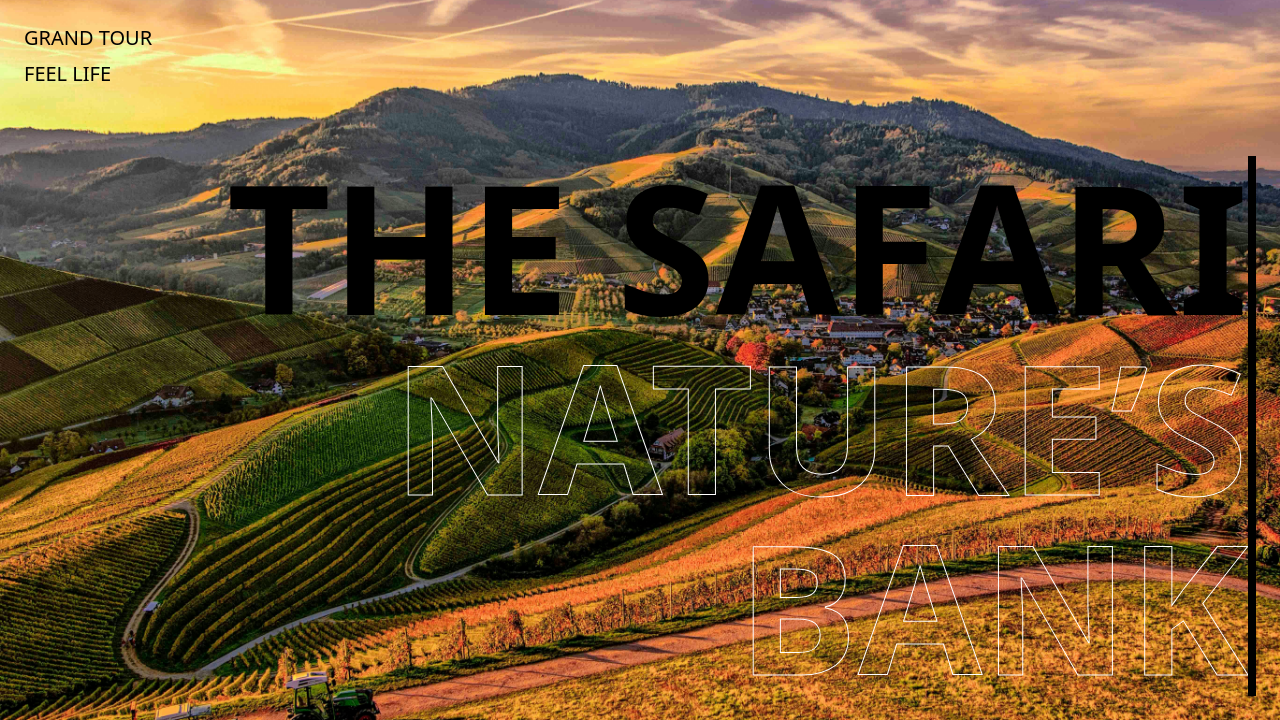
Repository: mikol-ux/Safari
Page: /
An editor plug-in stored every save of this project. The page is shown before and after the next save, followed by the edit.
The browser window is 1280 px wide. The pictures show the whole page.
The project was rebuilt for these pictures with package versions that can differ from the ones it lists, and the page was loaded fresh each time. The framework's server and built-in components were replaced by stand-ins that run in the browser. Also part of the build but not shown: next.config.ts.

Above is the page before, as saved 2025-05-29 02:44:50.

After the next save:
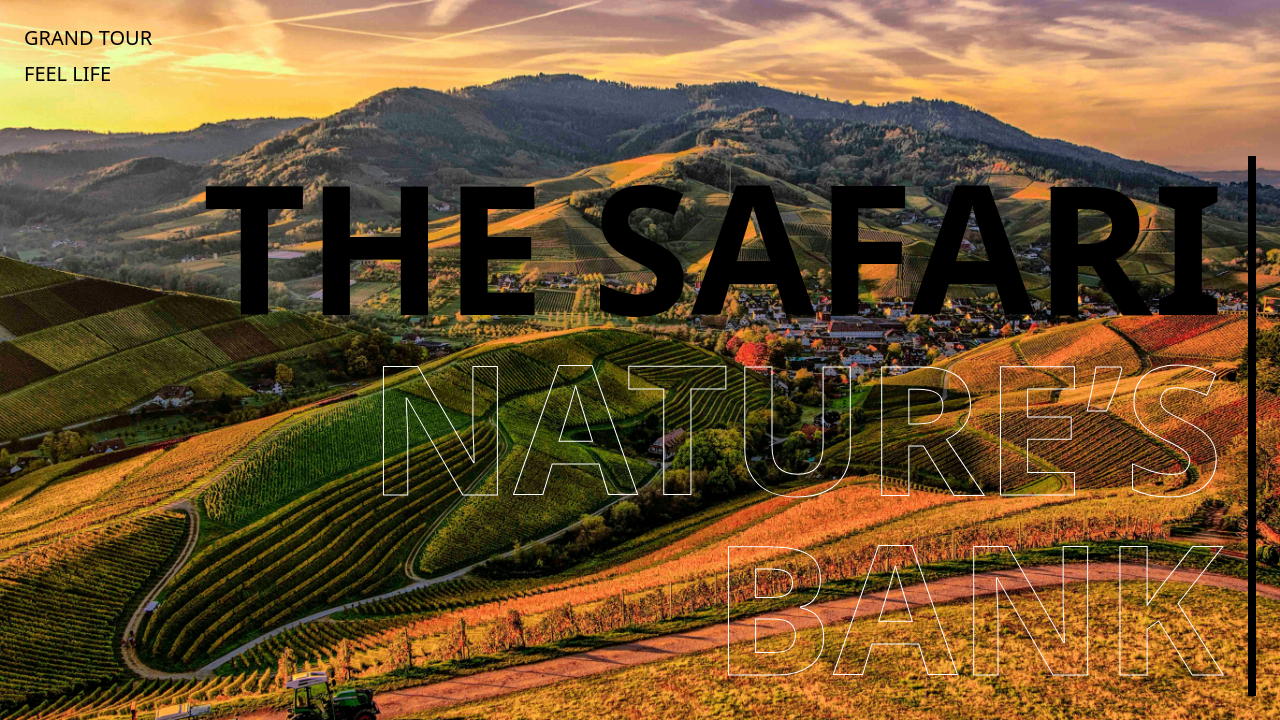
Saved 49 s later.
--- a/app/page.tsx
+++ b/app/page.tsx
@@ -35,7 +35,7 @@ export default function Home() {
 					<p className="text-xl uppercase">grand tour</p>
 					<p className="text-xl uppercase">feel life</p>
 				</div>
-				<div className="text-right font-bold leading-none border-r-8 border-black overflow-hidden">
+				<div className="text-right font-bold leading-none border-r-8 border-black overflow-hidden pr-[2%]">
 					<p className="introline text-[69px] min-[480px]:text-[90px] sm:text-[120px] lg:text-[150px] xl:text-[180px] 3xl:text-[215px]">
 						THE SAFARI
 					</p>
